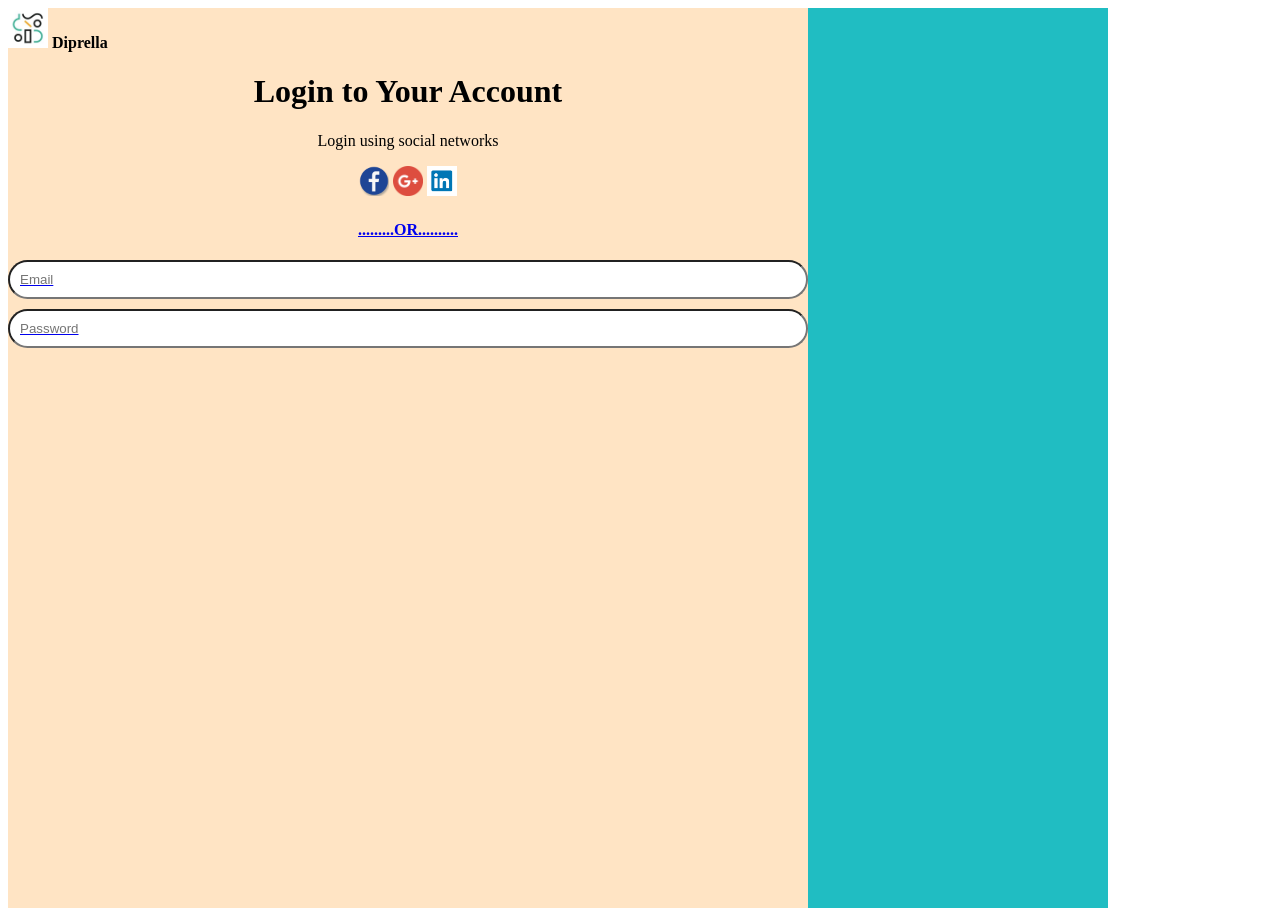
Repository: Tobby004/bdc-assignment-3
Page: task.html
The author's editor kept a copy of each file at every save. The page is drawn from the files as they stood at one save, then again after the next save.
The browser window is 1280 px wide. The pictures show the whole page.

Above is the page before, as saved 2023-02-21 23:38:03.

### task.html
<!DOCTYPE html>
<html lang="en">
<head>
    <meta charset="UTF-8">
    <meta http-equiv="X-UA-Compatible" content="IE=edge">
    <meta name="viewport" content="width=device-width, initial-scale=1.0">
    <title>Document</title>
    <link rel="stylesheet" href="task.css">
</head>
<body>
    <div class="container">
        <div class="box1">
        <header id="logo"><img src="diprella.JPG"height="40px">
        <b>Diprella</b></header>
        <h1>Login to Your Account</h1>
        <p>Login using social networks</p>
        <div class="logo">
        <a href="#"><img src="facebook.png"</a>
        <a href="#"><img src="googe plus.png"</a>
        <a href="#"><img src="linkedin.png"</a>
        </div>
        <div class="form-input">
            <h4>.........OR..........</h4>
            <input type="text" placeholder="Email">
            <input type="Password" placeholder="Password">
        </div>
        </div>
        <div class="box2"></div>
    </div>
</body>
</html>

### task.css
* {
    box-sizing: border-box;
}
.container{
    display: flex;
}
.box1 {
    background-color: bisque;
    height: 900px;
    width: 800px;
}
.box2{
    background-color: #20bdc2;
    height: 900px;
    width: 300px;
}
h1 {
    text-align: center;
}
p {
    text-align: center;
}
.logo img {
    height: 30px;
    text-align: center;
}
.logo a {
    text-decoration: none;
}
div .logo {
    text-decoration: none;
    text-align: center;
}
h4 {
    text-align: center;
}
input {
    display: flex;
    width: 100%;
    padding: 10px;
    margin-top: 10px;
    border-radius: 20px;
}

After the next save:
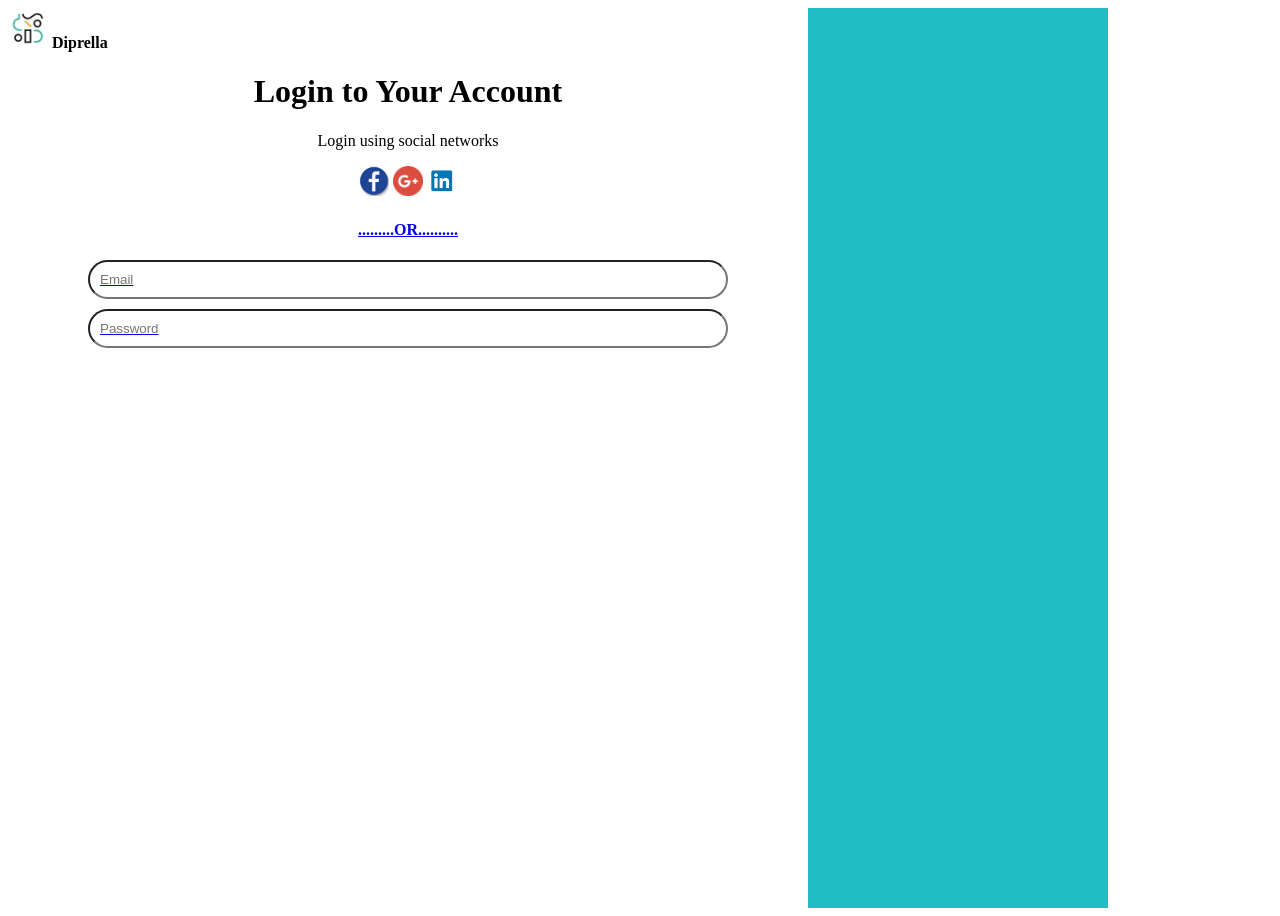
Saved 78 s later.
--- a/task.css
+++ b/task.css
@@ -5,7 +5,7 @@
     display: flex;
 }
 .box1 {
-    background-color: bisque;
+    background-color: white;
     height: 900px;
     width: 800px;
 }
@@ -36,8 +36,10 @@ h4 {
 }
 input {
     display: flex;
-    width: 100%;
+    width: 80%;
     padding: 10px;
+    margin-left: auto;
+    margin-right: auto;
     margin-top: 10px;
     border-radius: 20px;
 }
